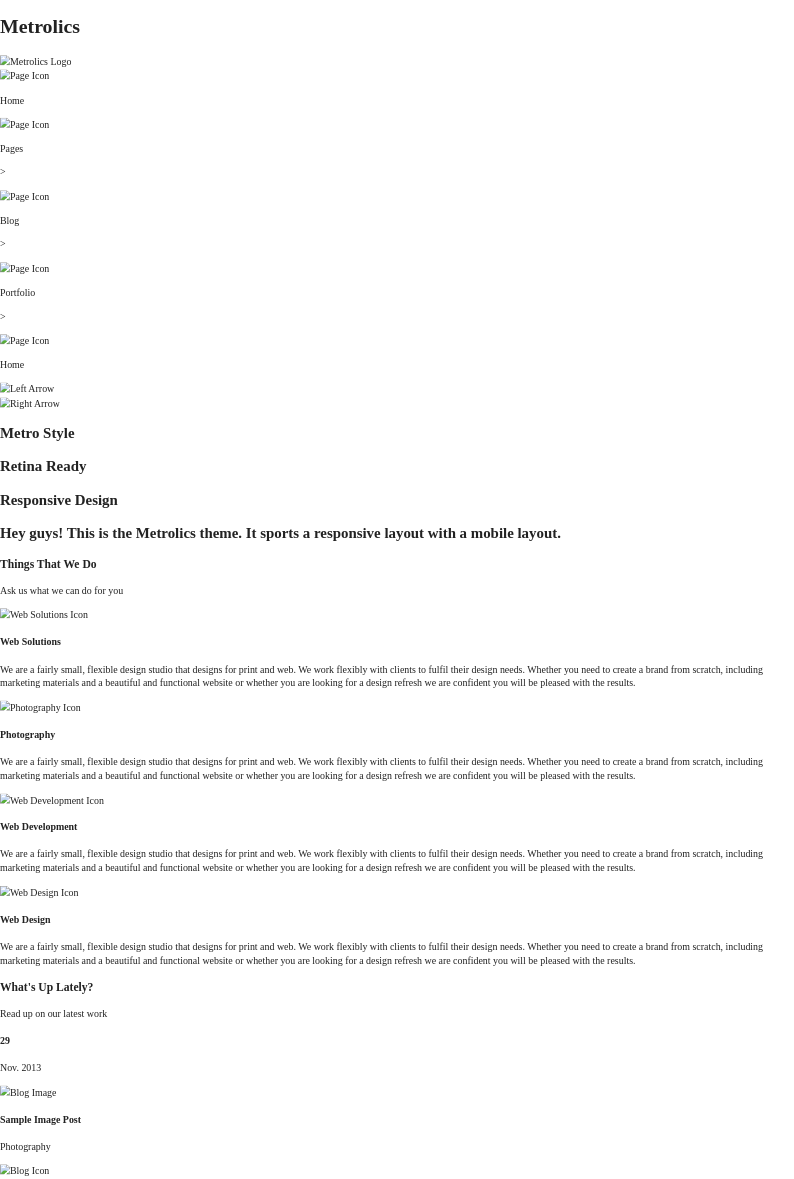
Repository: wilyyy/metrolics
Page: index.html
The author's editor kept a copy of each file at every save. The page is drawn from the files as they stood at one save, then again after the next save.
The browser window is 1280 px wide. The pictures show the whole page, at 62% of full size.

Above is the page before, as saved 2021-01-26 23:57:11.

### index.html
<!doctype html>
<html class="no-js" lang="">

<head>
  <meta charset="utf-8">
  <title>Home - Metrolics</title>
  <meta name="description" content="">
  <meta name="viewport" content="width=device-width, initial-scale=1">

  <meta property="og:title" content="">
  <meta property="og:type" content="">
  <meta property="og:url" content="">
  <meta property="og:image" content="">

  <link rel="manifest" href="site.webmanifest">
  <link rel="apple-touch-icon" href="icon.png">
  <!-- Place favicon.ico in the root directory -->

  <link rel="stylesheet" href="css/normalize.css">
  <link rel="stylesheet" href="css/main.css">

  <meta name="theme-color" content="#fafafa">
</head>

<body>

  <nav>
    <div class="logo">
      <h1 class="logo">Metrolics</h1>
      <img src="" alt="Metrolics Logo">
    </div>

    <div class="pages-container">
      <div class="page-button home">
        <img src="" alt="Page Icon" class="page-button-icon">
        <div>
          <p>Home</p>
        </div>
      </div>
      <div class="page-button pages">
        <img src="" alt="Page Icon" class="page-button-icon">
        <div>
          <p>Pages</p>
          <p>></p>
        </div>
      </div>
      <div class="page-button blog">
        <img src="" alt="Page Icon" class="page-button-icon">
        <div>
          <p>Blog</p>
          <p>></p>
        </div>
      </div>
      <div class="page-button portfolio">
        <img src="" alt="Page Icon" class="page-button-icon">
        <div>
          <p>Portfolio</p>
          <p>></p>
        </div>
      </div>
      <div class="page-button home-darkblue">
        <img src="" alt="Page Icon" class="page-button-icon">
        <div>
          <p>Home</p>
        </div>
      </div>
    </div>
  </nav>


  <header>
    <div class="column"></div>

    <div class="hero-image">
      <div class="arrow-containers">
        <div class="arrows">
          <img src="" alt="Left Arrow">
        </div>
        <div class="arrows">
          <img src="" alt="Right Arrow">
        </div>
      </div>
      <div class="header-info">
        <div class="header-info-container">
          <div class="header-info-indicator indicator-blue"></div>
          <h2>Metro Style</h2>
        </div>
        <div class="header-info-container">
          <div class="header-info-indicator indicator-salmon"></div>
          <h2>Retina Ready</h2>
        </div>
        <div class="header-info-container">
          <div class="header-info-indicator indicator-yellow"></div>
          <h2>Responsive Design</h2>
        </div>
      </div>
    </div>

    <div class="column"></div>
  </header>


  <main>
    <div>
      <h2>Hey guys! This is the Metrolics theme.
        It sports a responsive layout with a mobile layout.
      </h2>
    </div>

    <section>
      <div>
        <h3>Things That We Do</h3>
        <p>Ask us what we can do for you</p>
      </div>

      <div class="services-container">
        <div class="service">
          <img src="" alt="Web Solutions Icon">
          <h4>Web Solutions</h4>
          <p>We are a fairly small, flexible design studio that designs for print and web. We work flexibly
            with clients to fulfil their design needs. Whether you need to create a brand from scratch, including marketing materials and a beautiful and
            functional website or whether you are looking for a design refresh we are confident you will be pleased with the results.
          </p>
        </div>
      </div>

      <div class="services-container">
        <div class="service">
          <img src="" alt="Photography Icon">
          <h4>Photography</h4>
          <p>We are a fairly small, flexible design studio that designs for print and web. We work flexibly
            with clients to fulfil their design needs. Whether you need to create a brand from scratch, including marketing materials and a beautiful and
            functional website or whether you are looking for a design refresh we are confident you will be pleased with the results.
          </p>
        </div>
      </div>

      <div class="services-container">
        <div class="service">
          <img src="" alt="Web Development Icon">
          <h4>Web Development</h4>
          <p>We are a fairly small, flexible design studio that designs for print and web. We work flexibly
            with clients to fulfil their design needs. Whether you need to create a brand from scratch, including marketing materials and a beautiful and
            functional website or whether you are looking for a design refresh we are confident you will be pleased with the results.
          </p>
        </div>
      </div>

      <div class="services-container">
        <div class="service">
          <img src="" alt="Web Design Icon">
          <h4>Web Design</h4>
          <p>We are a fairly small, flexible design studio that designs for print and web. We work flexibly
            with clients to fulfil their design needs. Whether you need to create a brand from scratch, including marketing materials and a beautiful and
            functional website or whether you are looking for a design refresh we are confident you will be pleased with the results.
          </p>
        </div>
      </div>
    </section>

    <section>
      <div>
        <h3>What's Up Lately?</h3>
        <p>Read up on our latest work</p>
      </div>

      <div class="blog-container">
        <div class="blog">
          <div class="blog-image">
            <div class="blog-image-date">
              <h4>29</h4>
              <p>Nov. 2013</p>
            </div>
            <img src="" alt="Blog Image">
          </div>
          <div class="blog-image-info">
            <div>
              <h4>Sample Image Post</h4>
              <p>Photography</p>
            </div>
            <div class="blog-icon">
              <img src="" alt="Blog Icon">
            </div>
          </div>
        </div>
      </div>
    </section>
  </main>


  <footer></footer>


  <script src="js/vendor/modernizr-3.11.2.min.js"></script>
  <script src="js/plugins.js"></script>
  <script src="js/main.js"></script>

  <!-- Google Analytics: change UA-XXXXX-Y to be your site's ID. -->
  <script>
    window.ga = function () { ga.q.push(arguments) }; ga.q = []; ga.l = +new Date;
    ga('create', 'UA-XXXXX-Y', 'auto'); ga('set', 'anonymizeIp', true); ga('set', 'transport', 'beacon'); ga('send', 'pageview')
  </script>
  <script src="https://www.google-analytics.com/analytics.js" async></script>
</body>

</html>

### css/main.css
/*! HTML5 Boilerplate v8.0.0 | MIT License | https://html5boilerplate.com/ */

/* main.css 2.1.0 | MIT License | https://github.com/h5bp/main.css#readme */
/*
 * What follows is the result of much research on cross-browser styling.
 * Credit left inline and big thanks to Nicolas Gallagher, Jonathan Neal,
 * Kroc Camen, and the H5BP dev community and team.
 */

/* ==========================================================================
   Base styles: opinionated defaults
   ========================================================================== */

html {
  color: #222;
  font-size: 1em;
  line-height: 1.4;
}

/*
 * Remove text-shadow in selection highlight:
 * https://twitter.com/miketaylr/status/12228805301
 *
 * Vendor-prefixed and regular ::selection selectors cannot be combined:
 * https://stackoverflow.com/a/16982510/7133471
 *
 * Customize the background color to match your design.
 */

::-moz-selection {
  background: #b3d4fc;
  text-shadow: none;
}

::selection {
  background: #b3d4fc;
  text-shadow: none;
}

/*
 * A better looking default horizontal rule
 */

hr {
  display: block;
  height: 1px;
  border: 0;
  border-top: 1px solid #ccc;
  margin: 1em 0;
  padding: 0;
}

/*
 * Remove the gap between audio, canvas, iframes,
 * images, videos and the bottom of their containers:
 * https://github.com/h5bp/html5-boilerplate/issues/440
 */

audio,
canvas,
iframe,
img,
svg,
video {
  vertical-align: middle;
}

/*
 * Remove default fieldset styles.
 */

fieldset {
  border: 0;
  margin: 0;
  padding: 0;
}

/*
 * Allow only vertical resizing of textareas.
 */

textarea {
  resize: vertical;
}

/* ==========================================================================
   Author's custom styles
   ========================================================================== */

/* ==========================================================================
   Helper classes
   ========================================================================== */

/*
 * Hide visually and from screen readers
 */

.hidden,
[hidden] {
  display: none !important;
}

/*
 * Hide only visually, but have it available for screen readers:
 * https://snook.ca/archives/html_and_css/hiding-content-for-accessibility
 *
 * 1. For long content, line feeds are not interpreted as spaces and small width
 *    causes content to wrap 1 word per line:
 *    https://medium.com/@jessebeach/beware-smushed-off-screen-accessible-text-5952a4c2cbfe
 */

.sr-only {
  border: 0;
  clip: rect(0, 0, 0, 0);
  height: 1px;
  margin: -1px;
  overflow: hidden;
  padding: 0;
  position: absolute;
  white-space: nowrap;
  width: 1px;
  /* 1 */
}

/*
 * Extends the .sr-only class to allow the element
 * to be focusable when navigated to via the keyboard:
 * https://www.drupal.org/node/897638
 */

.sr-only.focusable:active,
.sr-only.focusable:focus {
  clip: auto;
  height: auto;
  margin: 0;
  overflow: visible;
  position: static;
  white-space: inherit;
  width: auto;
}

/*
 * Hide visually and from screen readers, but maintain layout
 */

.invisible {
  visibility: hidden;
}

/*
 * Clearfix: contain floats
 *
 * For modern browsers
 * 1. The space content is one way to avoid an Opera bug when the
 *    `contenteditable` attribute is included anywhere else in the document.
 *    Otherwise it causes space to appear at the top and bottom of elements
 *    that receive the `clearfix` class.
 * 2. The use of `table` rather than `block` is only necessary if using
 *    `:before` to contain the top-margins of child elements.
 */

.clearfix::before,
.clearfix::after {
  content: " ";
  display: table;
}

.clearfix::after {
  clear: both;
}

/* ==========================================================================
   EXAMPLE Media Queries for Responsive Design.
   These examples override the primary ('mobile first') styles.
   Modify as content requires.
   ========================================================================== */

@media only screen and (min-width: 35em) {
  /* Style adjustments for viewports that meet the condition */
}

@media print,
  (-webkit-min-device-pixel-ratio: 1.25),
  (min-resolution: 1.25dppx),
  (min-resolution: 120dpi) {
  /* Style adjustments for high resolution devices */
}

/* ==========================================================================
   Print styles.
   Inlined to avoid the additional HTTP request:
   https://www.phpied.com/delay-loading-your-print-css/
   ========================================================================== */

@media print {
  *,
  *::before,
  *::after {
    background: #fff !important;
    color: #000 !important;
    /* Black prints faster */
    box-shadow: none !important;
    text-shadow: none !important;
  }

  a,
  a:visited {
    text-decoration: underline;
  }

  a[href]::after {
    content: " (" attr(href) ")";
  }

  abbr[title]::after {
    content: " (" attr(title) ")";
  }

  /*
   * Don't show links that are fragment identifiers,
   * or use the `javascript:` pseudo protocol
   */
  a[href^="#"]::after,
  a[href^="javascript:"]::after {
    content: "";
  }

  pre {
    white-space: pre-wrap !important;
  }

  pre,
  blockquote {
    border: 1px solid #999;
    page-break-inside: avoid;
  }

  /*
   * Printing Tables:
   * https://web.archive.org/web/20180815150934/http://css-discuss.incutio.com/wiki/Printing_Tables
   */
  thead {
    display: table-header-group;
  }

  tr,
  img {
    page-break-inside: avoid;
  }

  p,
  h2,
  h3 {
    orphans: 3;
    widows: 3;
  }

  h2,
  h3 {
    page-break-after: avoid;
  }
}

### js/plugins.js
// Avoid `console` errors in browsers that lack a console.
(function() {
  var method;
  var noop = function () {};
  var methods = [
    'assert', 'clear', 'count', 'debug', 'dir', 'dirxml', 'error',
    'exception', 'group', 'groupCollapsed', 'groupEnd', 'info', 'log',
    'markTimeline', 'profile', 'profileEnd', 'table', 'time', 'timeEnd',
    'timeline', 'timelineEnd', 'timeStamp', 'trace', 'warn'
  ];
  var length = methods.length;
  var console = (window.console = window.console || {});

  while (length--) {
    method = methods[length];

    // Only stub undefined methods.
    if (!console[method]) {
      console[method] = noop;
    }
  }
}());

// Place any jQuery/helper plugins in here.

Loaded but not shown: css/normalize.css (library); js/vendor/modernizr-3.11.2.min.js (library); js/main.js (no stored copy; drawn as an empty file)

After the next save:
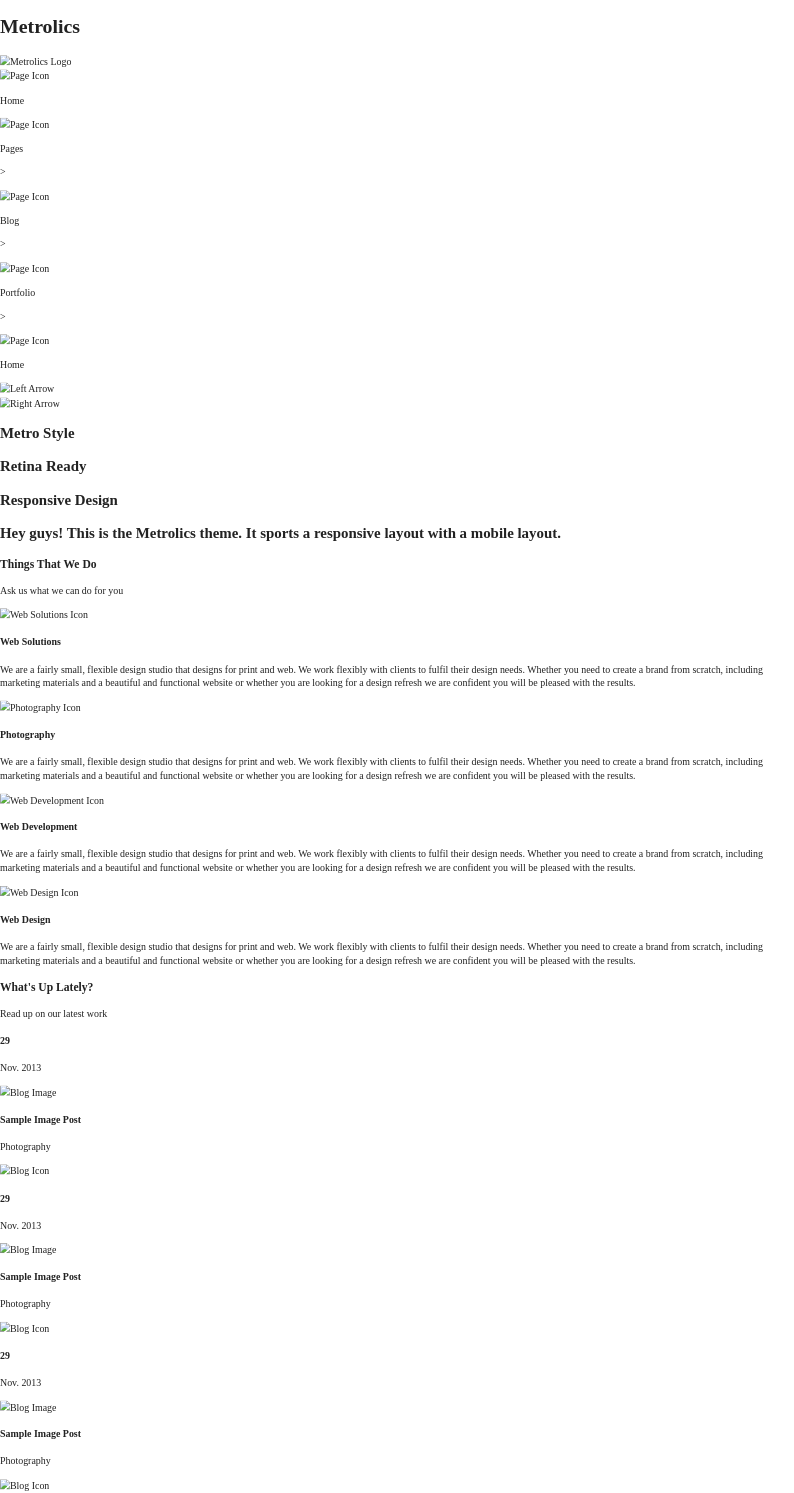
Saved 15 s later.
--- a/index.html
+++ b/index.html
@@ -165,6 +165,44 @@
       </div>
 
       <div class="blog-container">
+        <div class="blog">
+          <div class="blog-image">
+            <div class="blog-image-date">
+              <h4>29</h4>
+              <p>Nov. 2013</p>
+            </div>
+            <img src="" alt="Blog Image">
+          </div>
+          <div class="blog-image-info">
+            <div>
+              <h4>Sample Image Post</h4>
+              <p>Photography</p>
+            </div>
+            <div class="blog-icon">
+              <img src="" alt="Blog Icon">
+            </div>
+          </div>
+        </div>
+
+        <div class="blog">
+          <div class="blog-image">
+            <div class="blog-image-date">
+              <h4>29</h4>
+              <p>Nov. 2013</p>
+            </div>
+            <img src="" alt="Blog Image">
+          </div>
+          <div class="blog-image-info">
+            <div>
+              <h4>Sample Image Post</h4>
+              <p>Photography</p>
+            </div>
+            <div class="blog-icon">
+              <img src="" alt="Blog Icon">
+            </div>
+          </div>
+        </div>
+
         <div class="blog">
           <div class="blog-image">
             <div class="blog-image-date">
